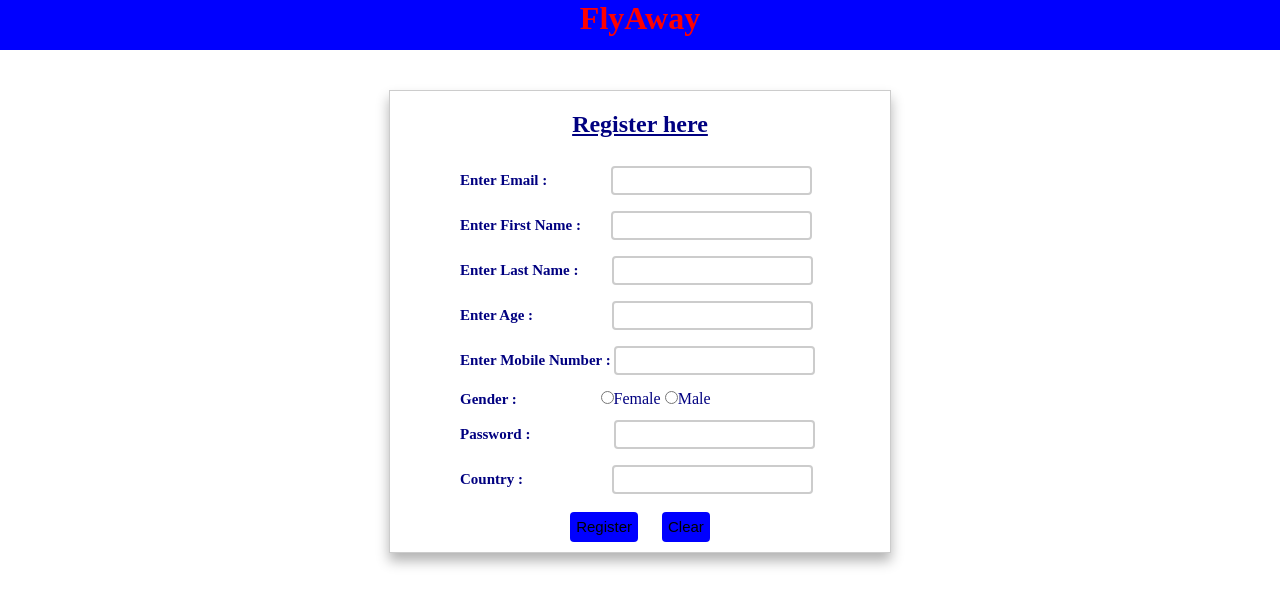
Repository: KartikMuchakandimath/Flyaway
Page: http://localhost/FlayAway/
These files come from the project's save history. The page is drawn as it stood at one moment and after the next save; the edit follows.
The browser window is 1280 px wide. The pictures show the whole page.
The page is served by Tomcat 9. Other server files are loaded and not shown.

Above is the page before, as saved 2022-04-22 19:51:55.

### FlayAway/src/main/webapp/Registration.jsp
<%@ page language="java" contentType="text/html; charset=ISO-8859-1"
    pageEncoding="ISO-8859-1"%>
<!DOCTYPE html>
<html>
<head>

<meta charset="ISO-8859-1">
<title>Register</title>
<style>
body{
margin : 0;
padding : 0;
}
.head{
background-color : #0000FF;
color : #FF0000;
height : 50px;
}
h1{
	margin: auto;
	font-family : "Times New Roman", Times, serif;
	text-align : center;
}
.register-box{
	margin :auto;
	margin-top : 40px;
	color: 	#000080;
	width : 500px;
	border : 1px solid #ccc;
	box-shadow : 0 8px 12px 0px rgba(0,0,0,0.3);
	positive : absolute;
}
label{
	font-weight : bold;
	padding-left: 70px ;
	font-size: 15px;

}
input{
	padding: 5px 10px;
  	margin: 8px 0;
  	display: inline-block;
  	border: 2px solid #ccc;
  	border-radius: 4px;
  	box-sizing: border-box;

}
button{
  	border-radius: 4px;
	border:none;
	height: 30px;
	display : inline-block;
	font-size : 15px;
	font-width : bold;
	background-color: rgb(0,0,255);
	margin : 10px;
}
</style>

</head>
<body>
<div class="head">
	<h1>FlyAway</h1>
</div>
<div class="register-box">
	<div>
	<h2><center><u>Register here</u></center></h2>
	</div>
	<div>
		<form action="Register" method="post">
			<label style="padding-right: 60px;">Enter Email : </label><input type="email" name="email" required="required"><br>
			<label style="padding-right: 30px;">Enter First Name :</label><input type="text" name="fname" required="required"><br>
			<label style="padding-right: 30px;">Enter Last Name : </label><input type="text" name="lname" required="required"><br>
			<label style="padding-right: 75px;">Enter Age : </label><input type="number" name="age" maxlength="2" required="required">	<br>
			<label>Enter Mobile Number : </label><input type="text" name="contact" maxlength="10" required="required"><br>
			<label style="padding-right: 80px;">Gender : </label><span><input type="radio" name="gender" value="female">Female
				    	<input type="radio" name="gender" value="Male">Male</span><br/>
		    <label style="padding-right: 80px;">Password : </label><input type="password" name="password"><br/>
			<label style="padding-right: 85px;">Country : </label><input type="text" name="country" required="required"><br>

			<center><button type="submit">Register</button>		    <button type="reset">Clear</button>	</center>

		</form>
	</div>
</div>
</body>
</html>

After the next save:
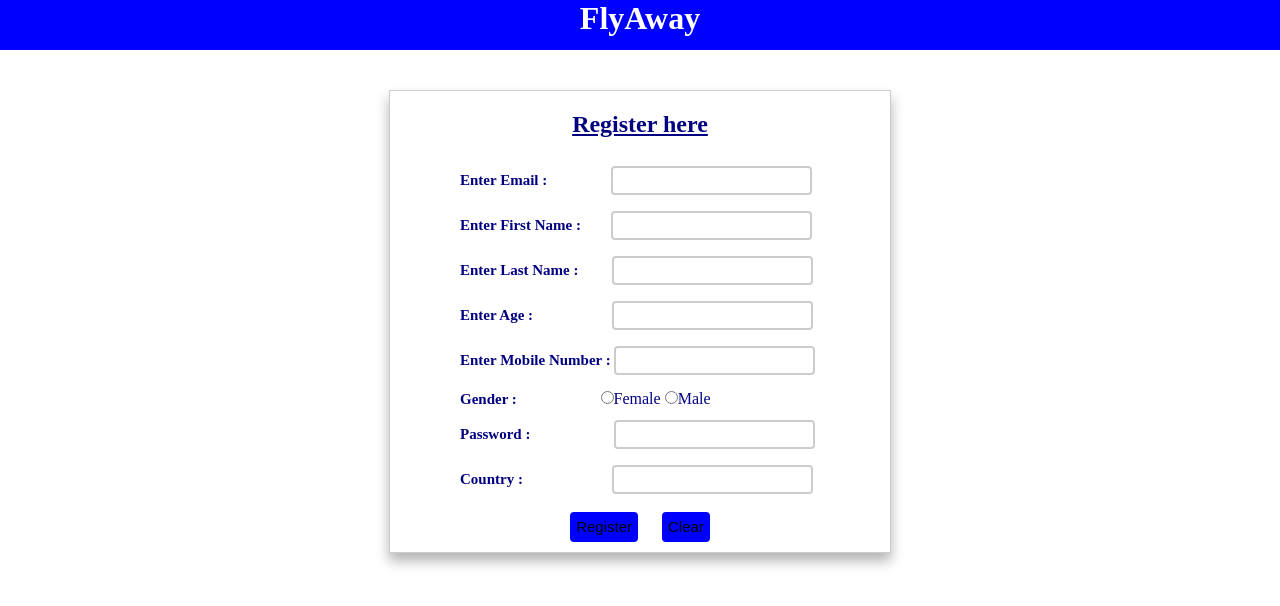
Saved 36 s later.
--- a/FlayAway/src/main/webapp/Registration.jsp
+++ b/FlayAway/src/main/webapp/Registration.jsp
@@ -13,7 +13,7 @@ padding : 0;
 }
 .head{
 background-color : #0000FF;
-color : #FF0000;
+color : #fff;
 height : 50px;
 }
 h1{
